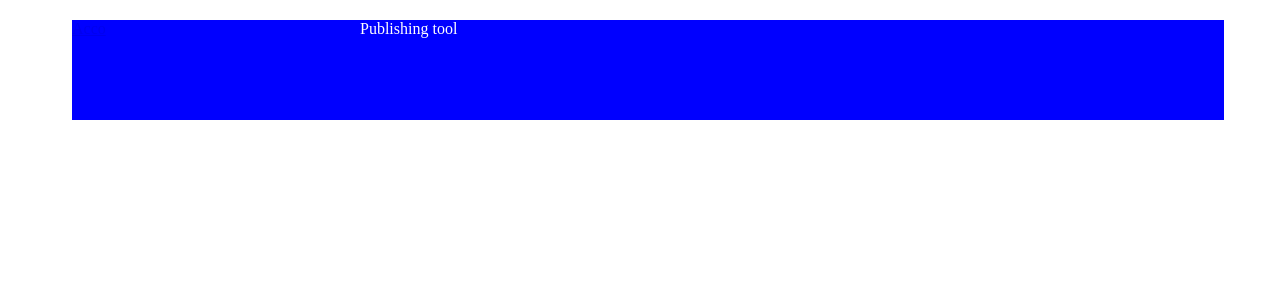
Repository: wimkinnet/Acco_Publish
Page: index.html
The author's editor kept a record of every edit. The page is drawn from the files as they stood at one moment, then again after the next edit.
The browser window is 1280 px wide. The pictures show the whole page.

Above is the page before.

### index.html
<!DOCTYPE html>
<html>
  <head>
    <title>Publish Tool - Main page</title>
    <meta charset = "utf-8">
    <style>
      .page-header {
        width: 90vw;
        margin: 20px 5vw 20px 5vw;
        background: blue;
        height: 100px;
        ;
      }
      .page-header-element {
        float: left;
        color: white;
        width: 25%;
      }
    </style>
  </head>
  <body>
    <div class="page-header">
      <div class="page-header-element">
        <a href="http://www.acco.be" target="_blank" >Acco</a>
      </div>
      <div class="page-header-element">
        Publishing tool
      </div>
    </div>
  </body>
</html>

After the next edit:
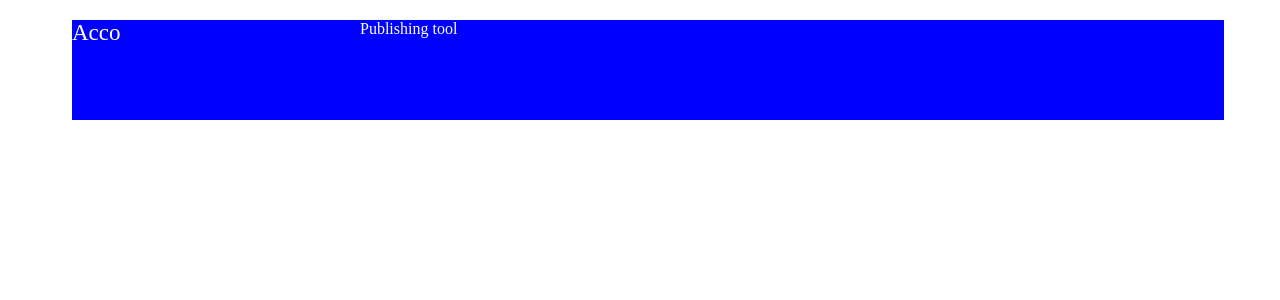
The edit:
--- a/index.html
+++ b/index.html
@@ -16,6 +16,11 @@
         color: white;
         width: 25%;
       }
+      .page-header-element a {
+        text-decoration: none;
+        color: white;
+        font-size: 23px;
+      }
     </style>
   </head>
   <body>
